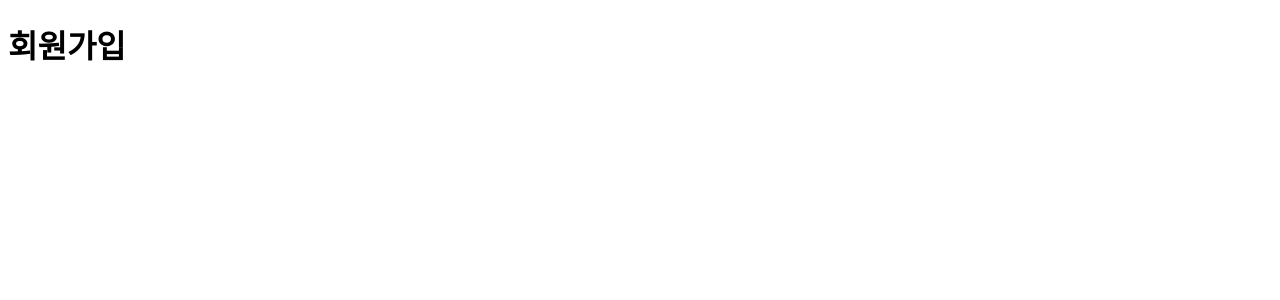
Repository: hiiiiiilim/Servlet-JSP-Workspace
Page: http://localhost/join/register.jsp
The author's editor kept a copy of each file at every save. The page is drawn from the files as they stood at one save, then again after the next save.
The browser window is 1280 px wide. The pictures show the whole page.
The page is served by Tomcat 9.

Above is the page before, as saved 2023-11-07 00:39:36.

After the next save:
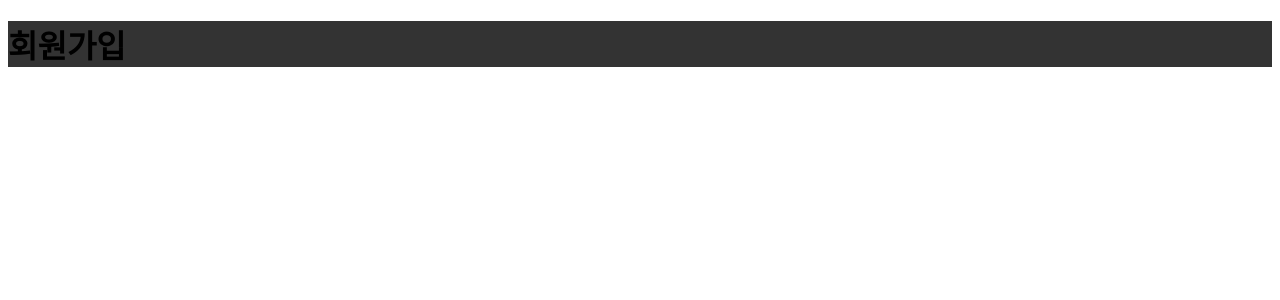
Saved 89 s later.
--- a/join/src/main/webapp/register.jsp
+++ b/join/src/main/webapp/register.jsp
@@ -5,6 +5,7 @@
 <head>
 <meta charset="EUC-KR">
 <title>Insert title here</title>
+	<link rel="stylesheet" type="text/css" href="./styles.css">
 </head>
 <body>
 <h1>회원가입</h1>
